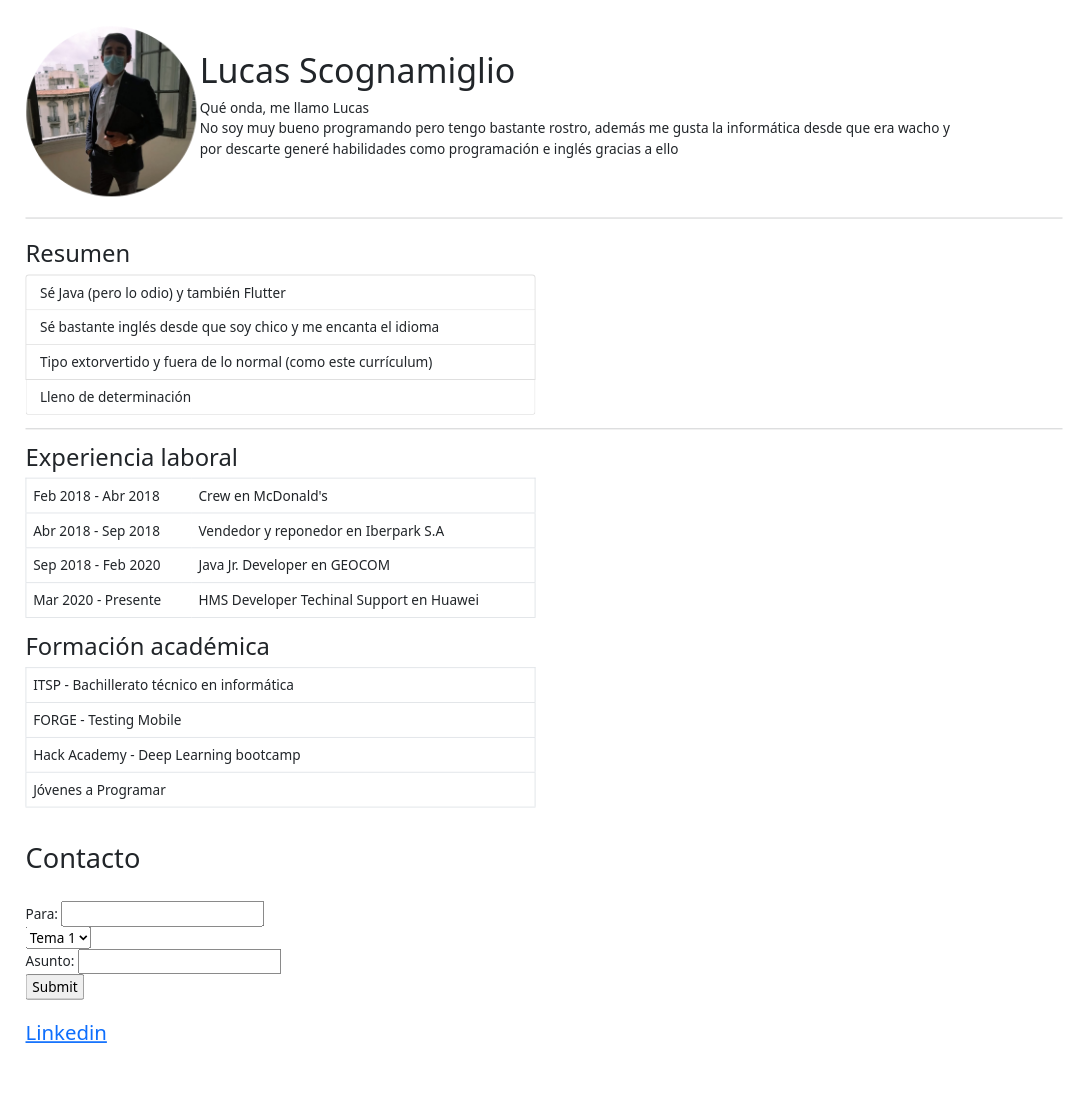
Repository: ScoggoDev/DesarrolloWeb
Page: tarea en equipo 1/cv.html
These files come from the project's save history. The page is drawn as it stood at one moment and after the next save; the edit follows.
The browser window is 1280 px wide. The pictures show the whole page, at 85% of full size.

Above is the page before, as saved 2021-07-12 10:00:08.

After the next save:
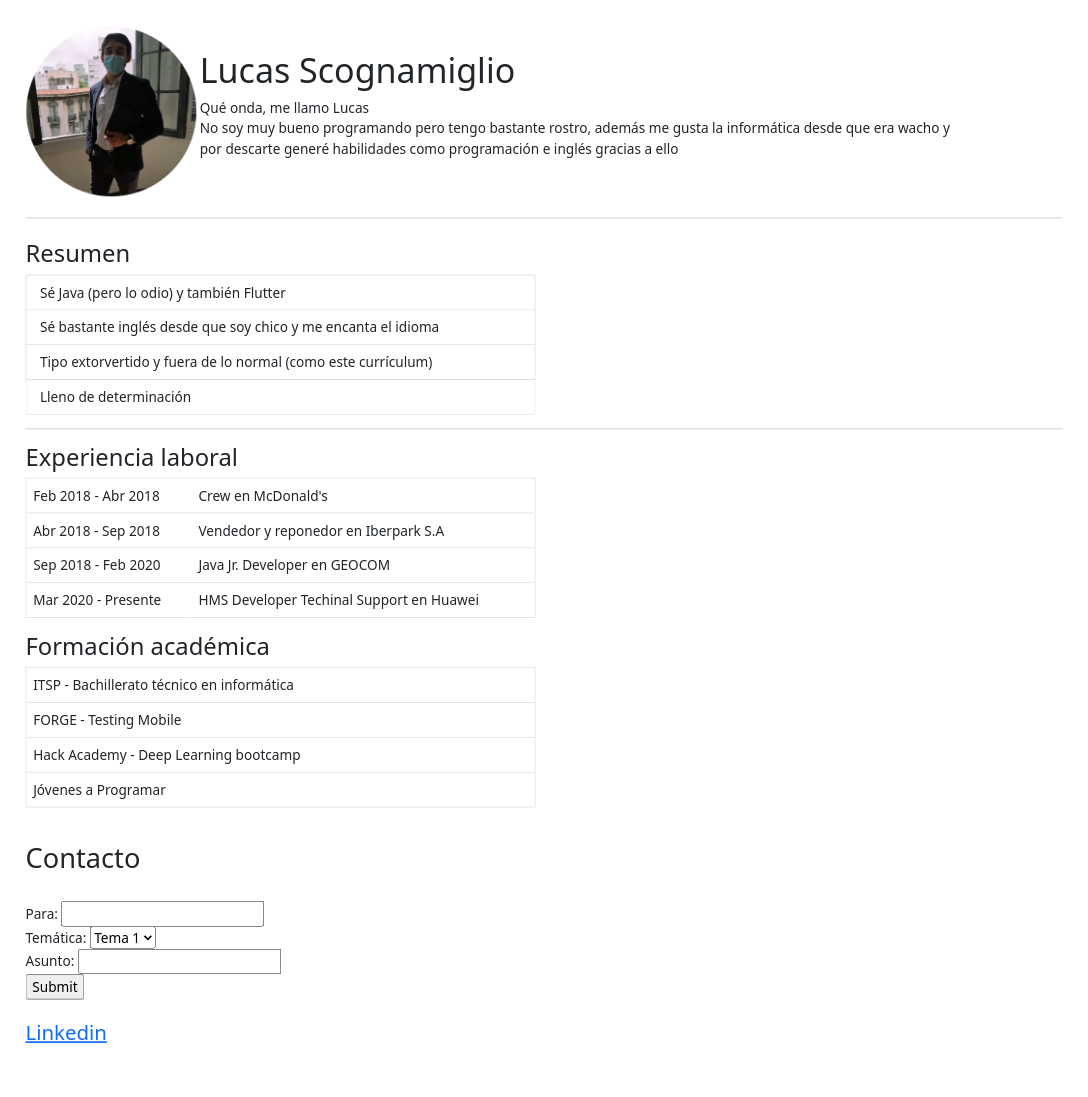
Saved 63 s later.
--- a/tarea en equipo 1/cv.html
+++ b/tarea en equipo 1/cv.html
@@ -67,8 +67,8 @@
     <form action="/action_page.php">
       <label for="fname">Para:</label>
       <input type="text" id="fname" name="fname"><br>
-      <select name="select">
-        <p>Temática: </p>
+      <label for="food">Temática: </label>
+      <select name="select" >
         <option value="value1" selected>Tema 1</option>
         <option value="value2">Tema 2</option>
         <option value="value3">Tema 3</option>
